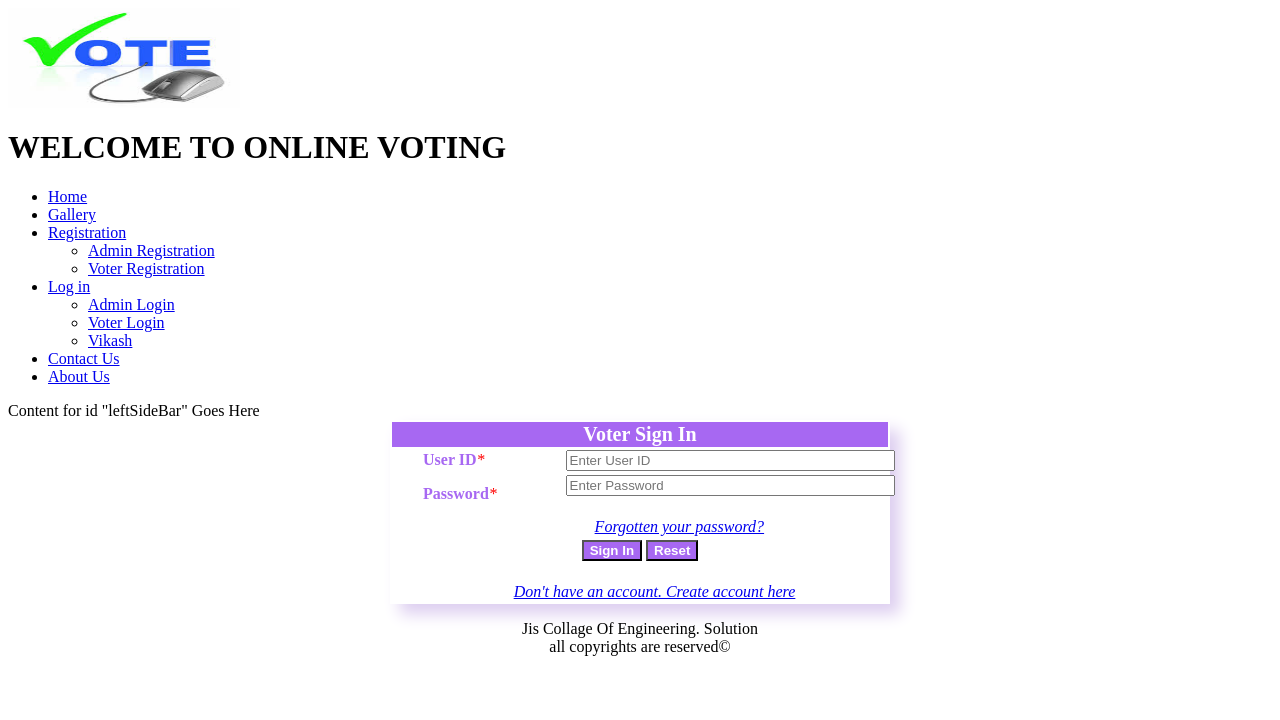
Repository: nsbgit/JavaTutorial
Page: http://localhost/TheVotingSystem/mainToVoterSection/voterSignIn.jsp
These files come from the project's save history. The page is drawn as it stood at one moment and after the next save; the edit follows.
The browser window is 1280 px wide. The pictures show the whole page.
The page is served by Tomcat 9. Other server files are loaded and not shown.

Above is the page before, as saved 2014-01-19 07:00:49.

### J2EE Webel Project/The Voting SystemByVikash/TheVotingSystem/WebContent/mainToVoterSection/voterSignIn.jsp
<%@ page language="java" contentType="text/html; charset=ISO-8859-1"
    pageEncoding="ISO-8859-1"%>
<!DOCTYPE html PUBLIC "-//W3C//DTD HTML 4.01 Transitional//EN" "http://www.w3.org/TR/html4/loose.dtd">
<html>
<head>
<meta http-equiv="Content-Type" content="text/html; charset=ISO-8859-1">
<title>Voter Section - Sign In</title>
<link href="../css/mainWebPage.css" rel="stylesheet">
<script type="text/javascript" src="../js/jquery-1.7.1.min.js"></script>
<script type="text/javascript" src="../js/Validation.js"></script>
<%--
<script type="text/javascript">
	function validation() {
		if(document.getElementById('userID').value == "") {
			alert('Please enter user id.');
			document.getElementById('userID').focus();
			return false;
		}

		if(document.getElementById('password').value == "") {
			alert('Please enter password.');
			document.getElementById('password').focus();
			return false;
		}
	}
</script>
--%>
</head>
<body>
	<div id="container">
				<header id="page_header">
				<img src="../logo/download.jpg" alt="logo" width='232' height='100' class="logo" />
					<h1 class="head_text">WELCOME TO ONLINE VOTING</h1>
				</header>
				</div>

<div id="container">
  		<div id="header">

  		</div>
  			<div id="menuBar"><div id='cssmenu'>
				<ul>
   					<li class='active'><a href='#'><span>Home</span></a></li>
   					<li><a href='#'><span>Gallery</span></a></li>
   					<li class='has-sub'><a href='#'><span>Registration</span></a>
     			<ul>
         			<li><a href='ship_reg.jsp'><span>Admin Registration</span></a></li>
         			<li class='last'><a href='sukanta_reg.jsp'><span>Voter Registration</span></a></li>
      			</ul>
   			</li>
   				<li class='has-sub'><a href='#'><span>Log in</span></a>
      		<ul>
         		<li><a href='admin_log.jsp'><span>Admin Login</span></a></li>
         		<li><a href='voter_log.jsp'><span>Voter Login</span></a></li>
         		<li class='last'><a href='sup_log.jsp'><span>Vikash</span></a></li>
      		</ul>
   		</li>
   				<li><a href='Contact.jsp"'><span>Contact Us</span></a></li>
   				<li class='last'><a href='about.jsp'><span>About Us</span></a></li>
		</ul>
	</div></div>
  		<div id="leftSideBar">Content for  id "leftSideBar" Goes Here</div>
  		<div id="content">
		<%-- Paste div clas body here --%>

			<div>
		<form action="<%= request.getContextPath() %>/SVoter.do?linkId=2" method="post">
				<table align="center" class="box" width="500px">
					<tr>
						<th class="header" colspan="2">Voter Sign In</th>
					</tr>
					<tr>
						<td>
							<label>User ID</label><em>*</em>
						</td>
						<td class="required">
							<input type="text" name="userID" id="userID" placeholder="Enter User ID" style="width: 100%">
						</td>
					</tr>
					<tr>
						<td>
							<label>Password</label><em>*</em>
						</td>
						<td class="required password">
							<input type="password" name="password" id="password" placeholder="Enter Password" style="width: 100%"><br><br>
						</td>
					</tr>

					<tr>
						<td></td>
						<td class="hyperLink">
							<a href="../commonPages/forgottenPassword.jsp">Forgotten your password?</a>
						</td>
					</tr>

					<tr>
						<td colspan="2" align="center">
							<input type="submit" value="Sign In" class="btn" onclick="return validation()">
							<input type="reset" value="Reset" class="btn"><br><br>
						</td>
					</tr>


					<tr>
						<td colspan="2" class="hyperLink" align="center">
							<a href="voterSignUp.jsp">Don't have an account. Create account here</a>
						</td>
					</tr>
					<%--
					<%
						if(session.getAttribute("signInMsg") != null) {%>
							<br>
							<br>
							<tr>
								<td colspan="2" align="center">
									<font color="green"><b><%= session.getAttribute("signInMsg") %></b></font>
									<% session.removeAttribute("signInMsg"); %>
								</td>
							</tr>
					<% 	}
					%>

					<%
						if(session.getAttribute("redirect") != null) {%>
							<br>
							<br>
							<tr>
								<td colspan="2" align="center">
									<font color="green"><b><%= session.getAttribute("redirect") %></b></font>
									<% session.removeAttribute("redirect"); %>
								</td>
							</tr>
					<% 	}
					%>

					<%
						if(session.getAttribute("signOut") != null) {%>
							<br>
							<br>
							<tr>
								<td colspan="2" align="center">
									<font color="green"><b><%= session.getAttribute("signOut") %></b></font>
									<% session.removeAttribute("signOut"); %>
								</td>
							</tr>
					<% 	}
					%>
					--%>
				</table>
			</form>
		</div>
	</div>





		</div>



  		</div>
  		<div id="footer"><p align="center">Jis Collage Of Engineering. Solution<br />
  		all copyrights are reserved&copy;
  		</p></div>

</div>










</body>
</html>

### J2EE Webel Project/The Voting SystemByVikash/TheVotingSystem/WebContent/css/mainWebPage.css
@CHARSET "ISO-8859-1";

.error{
	color: red;
	font-size: 12px;
}
.hyperLink {
	color: blue;
	font-family: cursive;
	font-style: italic;
	padding-left: 30px;
}


.header{
	background-color: #a768f2;
	color: #ffffff;
	font-size: 20px;
	font-weight: bold
}
LABEL{
	color: #a768f2;
	font-weight: bold;
	padding-left: 30px
}

.viewPro {
	color: #243A80;
	font-family: inherit;
	padding-left: 30px;
}

.box{
box-shadow: 10px 10px 15px #ddcef0;
background-color: white;
}
.body{
	background-color: #F8FACA;
	width: 600px;
	height: 750px;
	margin: 0 auto;
	border-bottom-style: inset;
	border-right-style: inset;
}
.btn{
	background-color: #a768f2;
	color: white;
	font-weight: bold;
}
.recordsBody {
	background-color: #F8FACA;
	width: 1572px;
	height: 950px;
	margin: 0 auto;
	border-bottom-style: inset;
	border-right-style: inset;
}

EM {
	color: red;
	font-family: cursive;
}

.pageHeader {
	background-color: whtie;
	color: #833059;
	font-family: inherit;
	box-shadow: 10px 10px 15px #ddcef0;
}

.sessionMessage {
	color: green;
	font-style: italic;
	font-family: cursive;
}

em {
	color: red;
	font-family: cursive;
}












/*globsyn registration*/
/*
body {
    color: #333333;
    font-family: arial,tahoma;
    font-size: 12px;
    margin: 0;
}
h6 {
    color: #FFFFFF;
    float: left;
    font-weight: 100;
}
#formcontainer, #container {
    border: 1px solid #CCCCCC;
    margin: 0 auto;
    width: 800px;
}
#container {
    border: medium none;
    width: 1000px;
}
#formheader, #header {
    background: none repeat scroll 0 0 #333333;
    border-bottom: 5px solid #4B7FC1;
    color: #FFFFFF;
    font: bold 20px/30px tahoma,arial;
    height: 40px;
    padding: 10px;
}
#formheader img, #header img {
    float: left;
    height: 30px;
}
#instructions {
    background: none repeat scroll 0 0 #FAFAFA;
    border: 1px dashed #CCCCCC;
    margin: 10px;
    padding: 10px;
}
#instructions b {
    display: block;
}
#instructions ul {
    font: 11px arial;
    list-style: square outside none;
}
#form {
    padding: 10px;
}
#form span {
    border-bottom: 1px dashed #CCCCCC;
    color: #4B7FC1;
    display: block;
    font: bold 14px/18px tahoma,verdana,arial;
    margin: 10px 0 20px;
}
.formnames, .logfnames {
    clear: both;
    float: left;
    width: 150px;
}
.logfnames {
    width: 80px;
}
.input {
    border: 1px solid #CCCCCC;
    width: 200px;
}
#form i {
    font-size: 11px;
}
#form select {
    border: 1px solid #CCCCCC;
}
#openother, #openothergtri, #postgrad {
    display: none;
}
#refferedid {
    background: none repeat scroll 0 0 #FAFAFA;
    border: 1px dotted #DDDDDD;
    margin-bottom: 12px;
    padding: 10px;
}
.dddetails {
    background: none repeat scroll 0 0 #DDDDDD;
    border: 1px dashed #DDDDDD;
    margin-bottom: 12px;
    padding: 10px;
}
.ddinfo {
    color: #4B7FC1;
    font-size: 11px;
    margin-bottom: 5px;
}
.onlinterms {
    font-size: 11px;
    margin-bottom: 8px;
}
.disclaimer {
    color: #4B7FC1;
    font-size: 11px;
    margin-bottom: 8px;
}
.iagree {
    background: none repeat scroll 0 0 #BBBBBB;
    line-height: 23px;
}
.button {
    background: none repeat scroll 0 0 #333333;
    border: 1px inset #CCCCCC;
    color: #FFFFFF;
}
#formfoot {
    background: none repeat scroll 0 0 #333333;
    border-top: 5px solid #4B7FC1;
    height: 50px;
    margin-top: 25px;
}
#formfoot ul {
    color: #FFFFFF;
    float: right;
    list-style-type: none;
    margin-right: 10px;
}
#formfoot ul li {
    display: inline;
    padding-left: 5px;
}
.fl {
    float: left;
}
.black {
    background: none repeat scroll 0 0 #333333;
    border-top: 1px solid #4B7FC1;
    color: #FFFFFF;
    width: 100%;
}
.black p {
    padding: 5px;
}
.subedu {
    border-bottom: 1px dotted #CCCCCC;
    color: #4B7FC1;
    display: block;
    font: bold 11px/23px tahoma,verdana,arial;
    margin: 10px 0;
}
#error, .error {
    background: none repeat scroll 0 0 #FFEBE8;
    border: 1px solid #A80000;
    color: #A80000;
    display: none;
    font: bold 12px/22px tahoma,verdana,arial;
    padding: 10px;
    text-align: center;
}
.error {
    display: block;
}
#footer {
    background: none repeat scroll 0 0 #333333;
    border-top: 5px solid #4B7FC1;
    clear: both;
    color: #FFFFFF;
    height: 60px;
    margin-top: 10px;
    padding-top: 10px;
}
#footer a {
    color: #FFFFFF;
    font-size: 12px;
    padding: 5px;
    text-decoration: none;
}
#navi {
    color: #FFFFFF;
    float: right;
    font: 12px/20px arial;
    margin-right: 20px;
    padding: 20px;
}
#navi a {
    color: #FFFFFF;
    text-decoration: none;
}
#navi a:hover {
    color: #4B7FC1;
    text-decoration: underline;
}
#maincontent {
    height: 400px;
    padding: 10px;
}
#successmess {
    color: #333333;
    font: bold 12px tahoma,verdana,arial;
    height: 200px;
    margin: 0 auto;
    padding: 60px 10px;
    width: 600px;
}
.showdetails {
    background: none repeat scroll 0 0 #F3F0E9;
    border: 1px solid #BBBBBB;
    font-size: 11px;
    margin: 0 20px 20px;
    padding: 5px 10px;
}
.showdetails div {
    border: 0 none;
    color: #A80000;
    display: block;
    font-weight: bold;
    padding-top: 5px;
}
.showdetails ul {
    list-style: square outside none;
}
.porgramselection {
    display: block;
    margin-top: 10px;
    padding-left: 80px;
}
.locations b {
    color: #A80000;
    font: bold 14px Tahoma,verdana,arial;
}
.applybtn {
    background: linear-gradient(to bottom, #F2F6F8 0%, #D8E1E7 50%, #B5C6D0 51%, #E0EFF9 100%) repeat scroll 0 0 rgba(0, 0, 0, 0);
    border: 1px solid #CCCCCC;
    border-radius: 5px;
    cursor: pointer;
    font-weight: 700;
    padding: 5px 20px;
}
.adjMargin {
    margin-left: 10px;
}
.accordion {
    background-color: #EEEEEE;
    border: 1px solid #CCCCCC;
    border-radius: 3px;
    box-shadow: 0 1px 0 #999999;
    width: 100%;
}
.accordion section h2 {
    background: none repeat scroll 0 0 #80BCD3;
    text-indent: 14px;
}
.accordion section h2 a {
    color: #FFFFFF;
    font-weight: 700;
}
.accordion section {
    background-color: #FFFFFF;
    background-image: -moz-linear-gradient(center top , #FFFFFF, #EEEEEE);
    border-bottom: 1px solid #CCCCCC;
    border-radius: 5px;
}
.accordion h2, .accordion p {
    margin: 0;
}
.accordion p {
    padding: 10px;
}
.accordion h2 a {
    border-radius: 5px;
    color: #333333;
    display: block;
    font: 14px/1 'Trebuchet MS','Lucida Sans';
    padding: 10px;
    position: relative;
    text-decoration: none;
}
.accordion h2 a:hover {
    background: none repeat scroll 0 0 #009999;
}
.accordion h2 + div {
    height: 0;
    overflow: hidden;
    transition: height 0.3s ease-in-out 0s;
}
.accordion *:target h2 a:after {
    border-left: 5px solid rgba(0, 0, 0, 0);
    border-right: 5px solid rgba(0, 0, 0, 0);
    border-top: 5px solid #333333;
    content: "";
    margin-top: -3px;
    position: absolute;
    right: 10px;
    top: 50%;
}
.accordion *:target h2 + div {
    height: 100px;
    overflow-y: auto;
}
.adjchkbox {
    margin-top: 7px !important;
    position: absolute;
    z-index: 9999;
}

*/

/**********************/

### J2EE Webel Project/The Voting SystemByVikash/TheVotingSystem/WebContent/js/Validation.js
function validation(){
	var message="This field id required.";
	var conMessage="Password and Confirm Password mismatch";
	var emailMessage="Invalid email id.";
	var phoneMessage="Invalid phone number.";
	var pinMessage="Invalid pin code.";
	var imageMessage="Invalid image format.";
	var fileMessage="Invalid file format.";
	var floatMessage="Invalid format";
	var dateMessage="Date should be dd/mm/yyyy format";
	var passMsg="Minimum 8 characters with atleast 1 numeric(0 to 9),1 alphabetic character(A to Z) and 1 symbol(exp:@,#,*,$..... etc).";
	var amountMessage="Invalid amount.";
	var isFormValid = true;
	$("td span").remove();
	if($("#hid").val() == '2'){
		isFormValid=false;
	}
	if($("#pwd").val() != $("#conPwd").val()){

		$("#conPwd").addClass("error");
        $("#conPwd").attr("title",conMessage);
        $("#conPwd").after("<span class='error'>"+conMessage+"</span>");
        $("#conPwd").focus();
        isFormValid = false;
    } else {
        $("#conPwd").removeClass("error");
        $("#conPwd").removeAttr("title");
	}


	$( ".required select").each(function(){ // Note the :text
		if ($.trim($(this).val()).length == 0){
	    	$(this).addClass("error");
	        $(this).attr("title",message);
	        $(this).after("<span class='error'>"+message+"</span>");
	        $(this).focus();
	        isFormValid = false;
	    } else {
	        $(this).removeClass("error");
	        $(this).removeAttr("title");
	    }
	});

	$( ".required input:text").each(function(){ // Note the :text
		if ($.trim($(this).val()).length == 0){
	    	$(this).addClass("error");
	        $(this).attr("title",message);
	        $(this).after("<span class='error'>"+message+"</span>");
	        $(this).focus();
	        isFormValid = false;
	    } else {
	        $(this).removeClass("error");
	        $(this).removeAttr("title");
	    }
	});

	$( ".required input:hidden").each(function(){ // Note the :text
		if ($.trim($(this).val()).length == 0){
	    	$(this).addClass("error");
	        $(this).attr("title",message);
	        $(this).after("<span class='error'>"+message+"</span>");
	        $(this).focus();
	        isFormValid = false;
	    } else {
	        $(this).removeClass("error");
	        $(this).removeAttr("title");
	    }
	});

	$( ".required input:checkbox").each(function(){ // Note the :text

		if ($(this).prop("checked") == false){
	    	$(this).addClass("error");
	        $(this).attr("title",message);
	        $(this).after("<span class='error'>"+message+"</span>");
	        $(this).focus();
	        isFormValid = false;
	    } else {
	        $(this).removeClass("error");
	        $(this).removeAttr("title");
	    }
	});
	$( ".required input:password").each(function(){ // Note the :text
		if ($.trim($(this).val()).length == 0){
	    	$(this).addClass("error");
	        $(this).attr("title",message);
	        $(this).after("<span class='error'>"+message+"</span>");
	        $(this).focus();
	        isFormValid = false;
	    } else {
	        $(this).removeClass("error");
	        $(this).removeAttr("title");
	    }
	});


	$( ".email input:text").each(function(){ // Note the :text
		if (!validateEmail($.trim($(this).val()))){
	    	$(this).addClass("error");
	        $(this).attr("title",emailMessage);
	        $(this).after("<span class='error'>"+emailMessage+"</span>");
	        $(this).focus();
	        isFormValid = false;
	    } else {
	        $(this).removeClass("error");
	        $(this).removeAttr("title");
	    }
	});

	$( ".phone input:text").each(function(){ // Note the :text
		if (!validatePhone($.trim($(this).val()))){
	    	$(this).addClass("error");
	        $(this).attr("title",phoneMessage);
	        $(this).after("<span class='error'>"+phoneMessage+"</span>");
	        $(this).focus();
	        isFormValid = false;
	    } else {
	        $(this).removeClass("error");
	        $(this).removeAttr("title");
	    }
	});

	$( ".pin input:text").each(function(){ // Note the :text
		if (!validatePinNo($.trim($(this).val()))){
	    	$(this).addClass("error");
	        $(this).attr("title",pinMessage);
	        $(this).after("<span class='error'>"+pinMessage+"</span>");
	        $(this).focus();
	        isFormValid = false;
	    } else {
	        $(this).removeClass("error");
	        $(this).removeAttr("title");
	    }
	});

	$( ".password input:password").each(function(){ // Note the :text

		if (!validatePassword($.trim($(this).val()))){
	    	$(this).addClass("error");
	        $(this).attr("title",passMsg);
	        $(this).after("<span class='error'>"+passMsg+"</span>");
	        $(this).focus();
	        isFormValid = false;
	    } else {
	        $(this).removeClass("error");
	        $(this).removeAttr("title");
	    }
	});
	$( ".date input:text").each(function(){ // Note the :text
		if ($.trim($(this).val()).length != 0){
			if (!validationDate($.trim($(this).val()))){
		    	$(this).addClass("error");
		        $(this).attr("title",dateMessage);
		        $(this).after("<span class='error'>"+dateMessage+"</span>");
		        $(this).focus();
		        isFormValid = false;
		    } else {
		        $(this).removeClass("error");
		        $(this).removeAttr("title");
		    }
		}
	});
	$( ".amount input:text").each(function(){ // Note the :text
		if ($.trim($(this).val()).length != 0){
			if (!validationFloat($.trim($(this).val()))){
		    	$(this).addClass("error");
		        $(this).attr("title",amountMessage);
		        $(this).after("<span class='error'>"+amountMessage+"</span>");
		        $(this).focus();
		        isFormValid = false;
		    } else {
		        $(this).removeClass("error");
		        $(this).removeAttr("title");
		    }
		}
	});
	$(".required textarea").each(function(){ // Note the :text
		if ($.trim($(this).val()).length == 0){
	    	$(this).addClass("error");
	        $(this).attr("title",message);
	        $(this).after("<span class='error'>"+message+"</span>");
	        $(this).focus();
	        isFormValid = false;
	    } else {
	        $(this).removeClass("error");
	        $(this).removeAttr("title");
	    }
	});
	return isFormValid;
}

function validateEmail($email){
	var emailReg = /^([\w-\.]+@([\w-]+\.)+[\w-]{2,4})?$/;
	  if( !emailReg.test( $email ) ) {
	    return false;
	  } else {
	    return true;
	  }

}

function validatePhone($phone){
	var reg = /^[0-9-+]+$/;
	if($phone.length ==10 ){
		if( !reg.test( $phone ) ) {
		    return false;
		  } else {
		    return true;
		  }

	}
	else{
		return false;
	}
}

function validatePinNo($pin){
	var reg = /^[0-9-+]+$/;
	if($pin.length ==6 ){
		if( !reg.test( $pin ) ) {
		    return false;
		  } else {
		    return true;
		  }

	}
	else{
		return false;
	}
}
function validatePassword($pass) {

	if($pass.length >0){
		var reg = /[-!$%^&*()_+|~=`{}\[\]:";'<>?,.@\/]/;
		var reg1=/[a-zA-Z]/;
		var reg2=/[0-9]/;
		if($pass.length >7 ){

			if( !reg.test( $pass )) {
			    return false;
			  }
			else if(!reg1.test( $pass ))
			{
				return false;
			}
			else if(!reg2.test( $pass ))
			{
				return false;
			}
			else {
			    return true;
			  }

		}
	}
	else{
		return false;
	}
}
function validationDate($date){
	//var reg=/[-+]?[0-9]*\.?[0-9]+/;
	var reg=/^(?:(?:31(\/|-|\.)(?:0?[13578]|1[02]))\1|(?:(?:29|30)(\/|-|\.)(?:0?[1,3-9]|1[0-2])\2))(?:(?:1[6-9]|[2-9]\d)?\d{2})$|^(?:29(\/|-|\.)0?2\3(?:(?:(?:1[6-9]|[2-9]\d)?(?:0[48]|[2468][048]|[13579][26])|(?:(?:16|[2468][048]|[3579][26])00))))$|^(?:0?[1-9]|1\d|2[0-8])(\/|-|\.)(?:(?:0?[1-9])|(?:1[0-2]))\4(?:(?:1[6-9]|[2-9]\d)?\d{2})$/;
	if (!reg.test($date)) {
	   return false;
	}
	else{
		 return true;
	}
}
function validationFloat($float){
	//var reg=/[-+]?[0-9]*\.?[0-9]+/;
	var reg=/^\d{1,7}(\.\d{1,2})?$/;
	if (!reg.test($float)) {
	   return false;
	}
	else{
		 return true;
	}
}

function checkAvailiblity(url){	//url ---> url of the servlet
	var userID = $('#userID').val();
	$.ajax({
	type: "POST",
	url:url,
	data: {userID1:userID}
	}).done(function( result ) {
		//alert(result);
		$("#msgdd").html( result );
		if(result=="AVAILABLE"){
			$("#btnadd").html( "<input type='submit' value='Sign Up' class='btn' onclick='return validation()' >" );
		} else {
			//alert('Please check availability of user id');
			$("#btnadd").html( "<input type='submit' value='Sign Up' disabled='disabled'  class='btn' onclick='return validation()' >" );
		}
	});
}

function checkSch(url,value) {
	//alert(url);
	//alert(value);
	$.ajax({
		type:"POST",
		url:url,
		data: {schId:value}
	}).done(function( result ) {
		//alert(result);
		$("#resultid").html(result);


		/*
		 var html1 = "<tr>"+
		"<td align='center' colspan='4'>"+
		"<input type='hidden' name='count' value='"+ count + "'>" +
			"<input type='submit' onclick='return check()' value='Vote' class='btn'>"+
			"<input type='reset' value='Reset' class='btn'>"+
		"</td>"+
	"</tr></table>";
		 alert(html1);
		 $("#resultid2").html(html1);*/

	});
}




function checkSchResult(url,value) {
	alert(url);
	alert('aaaaaaaaaa');
	alert(value);
	$.ajax({
		type:"POST",
		url:url,
		data: {schId:value}
	}).done(function( result ) {
		//alert(result);
		$("#resultid").html(result);


		/*
		 var html1 = "<tr>"+
		"<td align='center' colspan='4'>"+
		"<input type='hidden' name='count' value='"+ count + "'>" +
			"<input type='submit' onclick='return check()' value='Vote' class='btn'>"+
			"<input type='reset' value='Reset' class='btn'>"+
		"</td>"+
	"</tr></table>";
		 alert(html1);
		 $("#resultid2").html(html1);*/

	});
}

Loaded but not shown: J2EE Webel Project/The Voting SystemByVikash/TheVotingSystem/WebContent/js/jquery-1.7.1.min.js (library)

After the next save:
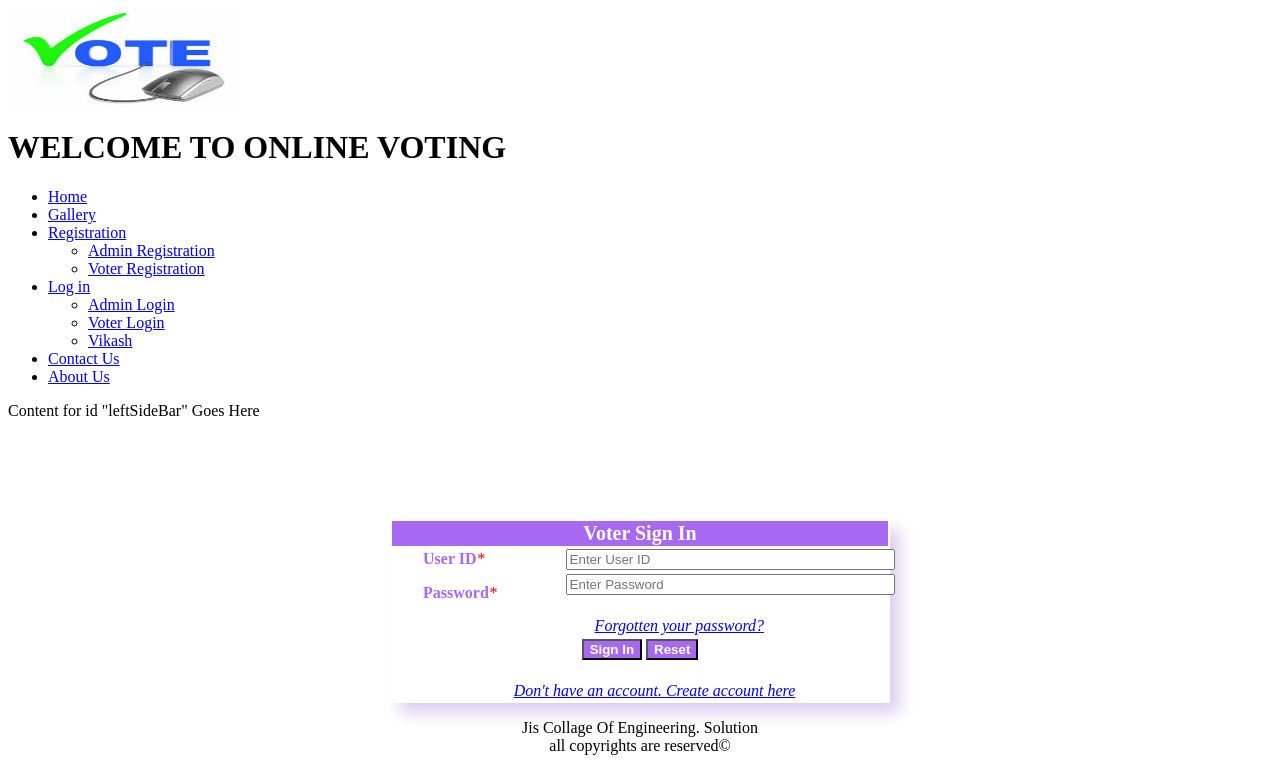
Saved 37 s later.
--- a/J2EE Webel Project/The Voting SystemByVikash/TheVotingSystem/WebContent/mainToVoterSection/voterSignIn.jsp
+++ b/J2EE Webel Project/The Voting SystemByVikash/TheVotingSystem/WebContent/mainToVoterSection/voterSignIn.jsp
@@ -64,7 +64,7 @@
 		<%-- Paste div clas body here --%>
 
 			<div>
-		<form action="<%= request.getContextPath() %>/SVoter.do?linkId=2" method="post">
+		<form action="<%= request.getContextPath() %>/SVoter.do?linkId=2" method="post" style="padding-top: 99px;">
 				<table align="center" class="box" width="500px">
 					<tr>
 						<th class="header" colspan="2">Voter Sign In</th>
